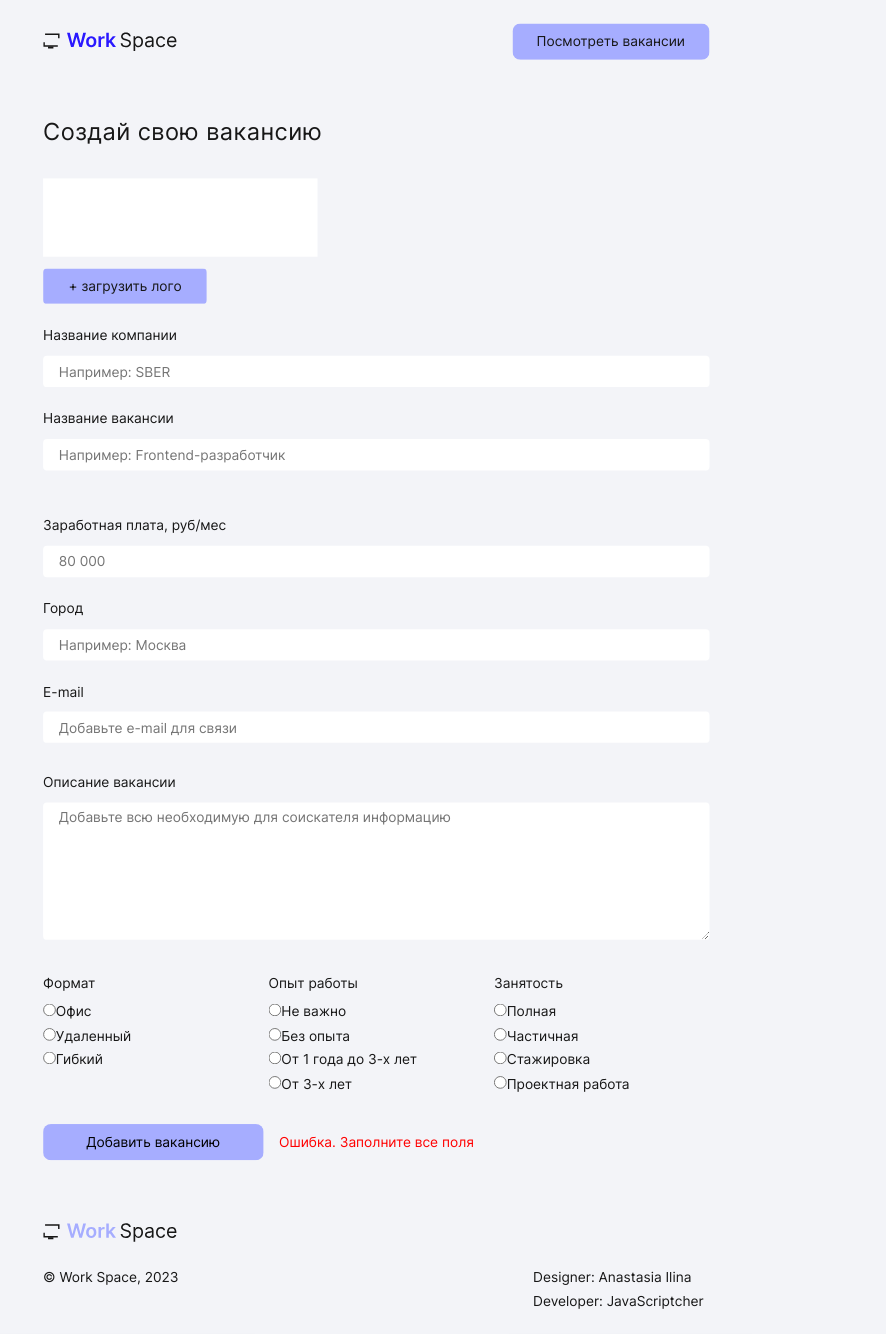
Repository: alexboagreek/workspace_js
Page: employer.html
An editor plug-in stored every save of this project. The page is shown before and after the next save, followed by the edit.
The browser window is 768 px wide. The page is 768 px wide, then 904 px, then 768 px, so the pictures cover 904 px, including what lies to the right of the window. The pictures show the whole page, at 98% of full size.

Above is the page before, as saved 2023-09-13 16:19:38.
Console error: TypeError: Cannot read properties of null (reading 'addEventListener')

### employer.html
<!DOCTYPE html>
<html lang="ru">
  <head>
    <meta charset="UTF-8" />
    <meta name="viewport" content="width=device-width, initial-scale=1.0" />
    <title>Workspace - добавить вакансию</title>

    <link rel="stylesheet" href="index.css" />

    <script src="js/choices.min.js" defer></script>
    <script src="js/script.js" defer></script>
  </head>

  <body>
    <header class="header">
      <div class="container header__container">
        <a href="index.html">
          <img
            class="header__logo"
            src="img/logo.svg"
            alt="Логитип WorkSpace"
          />
        </a>

        <a class="header__link" href="index.html#vacancies"
          >Посмотреть вакансии</a
        >
      </div>
    </header>

    <main>
      <section class="employer">
        <div class="container">
          <h1 class="employer__title">Создай свою вакансию</h1>

          <form class="employer__form">
            <div class="employer__file file">
              <div class="file__wrap-preview">
                <img src="#" alt="" class="file__preview" />
              </div>

              <div class="file__wrap-btn">
                <label for="logo" class="file__label"> + загрузить лого </label>
                <input
                  name="logo"
                  type="file"
                  class="file__input"
                  id="logo"
                  accept="image/png, image/jpeg"
                  required
                />
              </div>
            </div>

            <fieldset class="employer__fieldset-input">
              <div class="employer__wrap-input">
                <label class="employer__label" for="company"
                  >Название компании
                </label>

                <input
                  type="text"
                  class="employer__input"
                  id="company"
                  name="company"
                  placeholder="Например: SBER"
                />
              </div>

              <fieldset class="employer__fieldset">
                <div class="employer__wrap-input">
                  <label class="employer__label" for="title"
                    >Название вакансии</label
                  >

                  <input
                    type="text"
                    class="employer__input"
                    id="title"
                    name="title"
                    placeholder="Например: Frontend-разработчик"
                  />
                </div>
              </fieldset>

              <fieldset class="employer__fildset">
                <div class="employer__wrap-input">
                  <label class="employer__label" for="salary"
                    >Заработная плата, руб/мес</label
                  >

                  <input
                    type="number"
                    class="employer__input"
                    id="salary"
                    name="salary"
                    placeholder="80 000"
                  />
                </div>
              </fieldset>

              <fieldset class="employer__fildset">
                <div class="employer__wrap-input">
                  <label class="employer__label" for="location">Город</label>

                  <input
                    type="text"
                    class="employer__input"
                    id="location"
                    name="location"
                    placeholder="Например: Москва"
                  />
                </div>
              </fieldset>

              <fieldset class="employer__fildset">
                <div class="employer__wrap-input">
                  <label class="employer__label" for="email">E-mail</label>

                  <input
                    type="email"
                    class="employer__input"
                    id="email"
                    name="email"
                    placeholder="Добавьте e-mail для связи"
                  />
                </div>
              </fieldset>
            </fieldset>



            <fieldset class="employer__fieldset-textarea">
              <label class="employer__label" for="description"
                >Описание вакансии</label
              >

              <textarea
                class="employer__textarea"
                name="description"
                id="description"
                placeholder="Добавьте всю необходимую для соискателя информацию"
              ></textarea>
            </fieldset>

            <div class="employer__radio-buttons">
              <fieldset class="employer__fieldset-radio">
                <legend class="employer__legend">Формат</legend>

                <label class="employer__label-radio radio">
                  <input
                    type="radio"
                    class="radio__input"
                    name="format"
                    value="Офис"
                  />Офис
                </label>

                <label class="employer__label-radio radio">
                  <input
                    type="radio"
                    class="radio__input"
                    name="format"
                    value="Удаленный"
                  />Удаленный
                </label>

                <label class="employer__label-radio radio">
                  <input
                    type="radio"
                    class="radio__input"
                    name="format"
                    value="Гибкий"
                  />Гибкий
                </label>
              </fieldset>

              <fieldset class="employer__fieldset-radio">
                <legend class="employer__legend">Опыт работы</legend>

                <label class="employer__label-radio radio">
                  <input
                    type="radio"
                    class="radio__input"
                    name="experience"
                    value="Не важно"
                  />Не важно
                </label>

                <label class="employer__label-radio radio">
                  <input
                    type="radio"
                    class="radio__input"
                    name="experience"
                    value="Без опыта"
                  />Без опыта
                </label>

                <label class="employer__label-radio radio">
                  <input
                    type="radio"
                    class="radio__input"
                    name="experience"
                    value="От 1 года до 3-х лет"
                  />От 1 года до 3-х лет
                </label>

                <label class="employer__label-radio radio">
                  <input
                    type="radio"
                    class="radio__input"
                    name="experience"
                    value="От 3-х лет"
                  />От 3-х лет
                </label>
              </fieldset>

              <fieldset class="employer__fieldset-radio">
                <legend class="employer__legend">Занятость</legend>

                <label class="employer__label-radio radio">
                  <input
                    type="radio"
                    class="radio__input"
                    name="type"
                    value="Полная"
                  />Полная
                </label>

                <label class="employer__label-radio radio">
                  <input
                    type="radio"
                    class="radio__input"
                    name="type"
                    value="Частичная"
                  />Частичная
                </label>

                <label class="employer__label-radio radio">
                  <input
                    type="radio"
                    class="radio__input"
                    name="type"
                    value="Стажировка"
                  />Стажировка
                </label>

                <label class="employer__label-radio radio">
                  <input
                    type="radio"
                    class="radio__input"
                    name="type"
                    value="Проектная работа"
                  />Проектная работа
                </label>
              </fieldset>
            </div>

            <div class="employer__wrap-submit">
              <button class="employer__submit" type="submit">
                Добавить вакансию
              </button>
              <div class="employer__error">Ошибка. Заполните все поля</div>
            </div>
          </form>
        </div>
      </section>
    </main>

    <footer class="footer">
      <div class="container footer__container">
        <img
          class="footer__logo"
          src="img/logo-footer.svg"
          alt="Логотип WorkSpace"
        />

        <p class="footer__copyright">© Work Space, 2023</p>

        <ul class="footer__contacts">
          <li class="footer__contact">
            Designer:
            <a class="footer__link" href="#">Anastasia Ilina</a>
          </li>
          <li class="footer__contact">
            Developer:
            <a class="footer__link" href="#">JavaScriptcher</a>
          </li>
        </ul>
      </div>
    </footer>
  </body>
</html>

### index.css
@import "style/normalize.css";
@import "style/choices.min.css";
@import "style/style.css";
@import "style/header.css";
@import "style/hero.css";
@import "style/vacancies.css";
@import "style/filter.css";
@import "style/choices.css";
@import "style/checkbox.css";
@import "style/cards.css";
@import "style/vacancy.css";
@import "style/footer.css";
@import "style/modal.css";
@import "style/detail.css";
@import "style/employer.css";
@import "style/file.css";
@import "style/radio.css";

### style/style.css
@font-face {
  font-family: Inter;
  font-weight: 400;
  src: url("../fonts/inter-regular.woff2") format("woff2"),
    url("../fonts/inter-regular.woff") format("woff");
}

html {
  scroll-behavior: smooth;
  position: relative;
  box-sizing: border-box;
}

*,
*:before,
*:after {
  box-sizing: inherit;
}

body {
  min-width: 320px;
  min-height: 100vh;
  font-family: Inter, sans-serif;
  font-size: 14px;
  color: #171717;
  background-color: #f3f4f8;
  line-height: 1.2;
}

img,
svg {
  max-width: 100%;
  max-height: 100%;
  height: auto;
}

button {
  padding: 0;
  border: 0;
  cursor: pointer;
  background-color: transparent;
}

a {
  text-decoration: none;
  color: inherit;
}

ul {
  padding: 0;
  margin: 0;
  list-style: none;
}

h1,
h2,
h3,
p {
  margin: 0;
}

fieldset {
  padding: 0;
  margin: 0;
  border: 0;
}

.visually-hidden {
  position: fixed;
  transform: scale(0);
}

.container {
  --width: 1180px;
  --padding: 30px;
  max-width: calc(var(--width) + var(--padding) * 2);
  margin: 0 auto;
  padding: 0 var(--padding);
}

.blue-text {
  color: #2a18ff;
}

@media (max-width: 1140px) {
  .container {
    --width: 880px;
  }
}

@media (max-width: 940px) {
  .container {
    --width: 680px;
  }
}

@media (max-width: 640px) {
  .container {
    --padding: 15px;
  }
}

### style/header.css
.header {
  padding: 40px 0;
}

.header__container {
  display: flex;
  align-items: center;
  justify-content: space-between;
}

.header__links {
  display: flex;
  gap: 8px;
  flex-wrap: wrap;
}

.header__link {
  padding: 12px 32px;
  border-radius: 8px;
  background-color: #a6adff;
  font-size: 20px;
  border: 2px solid transparent;
  transition-property: color, background-color;
  transition-duration: 0.2s;
  transition-timing-function: ease-in-out;
}

.header__link_o {
  background-color: transparent;
  border: 2px solid #A6ADFF;
}

.header__link:focus-visible {
  border-color: #4f58be;
}

.header__link:hover {
  color: #fff;
  background-color: #2a18ff;
}


@media (max-width: 1140px) {
  .header {
    padding: 32px 0 40px;
  }
}

@media (max-width: 940px) {
  .header {
    padding: 24px 0 30px;
  }

  .header__link {
    padding: 8px 23px;
    font-size: 14px;
  }
}

@media (max-width: 640px) {
  .header {
    padding: 24px 0 20px;
  }

  .header__link {
    display: none;
  }
}

### style/choices.css
.choices {
  width: 100%;
}

.choices__inner {
  background-color: #fff;
  padding: 6px 16px;
  min-height: 32px;
  border: 0;
}

.choices__list--single {
  padding: 0;
}

.choices[data-type*="select-one"]::after {
  width: 20px;
  height: 20px;
  background: url("../img/arrow.svg") no-repeat center/contain;
  border: 0;
  top: 6px;
  right: 16px;
  margin-top: 0;
}

.choices[data-type*="select-one"].is-open::after {
  transform: rotate(180deg);
  margin-top: 0;
}

### style/checkbox.css
.checkbox {
  position: relative;
  display: block;
  line-height: 20px;
  padding-left: 28px;
}

.checkbox__input {
  -webkit-appearance: none;
  -moz-appearance: none;
  appearance: none;
  position: absolute;
  width: 20px;
  height: 20px;
  left: 0;
  top: 0;
  bottom: 0;
  background-color: #fff;
  border-radius: 4px;
}

.checkbox__input:after {
  content: "";
  position: absolute;
  inset: 0;
  display: block;
  background: url("../img/check.svg") no-repeat center;
  opacity: 0;
  transition: opacity 0.2s ease-in-out;
}

.checkbox__input:checked:after {
  opacity: 1;
}

.checkbox__input:focus-visible {
  outline: none;
  box-shadow: 0px 2px 10px rgba(0, 0, 0, 0.25);
}

.checkbox__input:hover:not(:disabled) {
  box-shadow: 0px 2px 10px rgba(166, 173, 255, 0.55);
}

.checkbox__input:disabled {
  background-color: #ccc;
}

### style/cards.css
.cards__list {
  display: grid;
  grid-template-columns: repeat(auto-fit, minmax(280px, 1fr));
  gap: 20px;
}

@media (max-width: 940px) {
  .cards__list {
    grid-template-columns: repeat(auto-fit, minmax(220px, 1fr));
    gap: 10px;
  }
}

### style/vacancy.css
.vacancy {
  border-radius: 16px;
  background-color: #fff;
  padding: 16px;
  height: 100%;
  cursor: pointer;
  outline: none;
  border: 2px solid transparent;
}

.vacancy:hover {
  background-color: #f9faff;
}

.vacancy:focus-visible {
  border-color: #a6adff;
}

.vacancy__img {
  max-height: 44px;
  margin-bottom: 12px;
  display: block;
}

.vacancy__company {
  font-size: 20px;
  margin-bottom: 8px;
}

.vacancy__title {
  display: inline-block;
  padding: 3px 5px;
  font-size: 14px;
  font-weight: 400;
  border-radius: 4px;
  background-color: #eaecff;
  margin-bottom: 8px;
}

.vacancy__field {
  color: #ccc;
}

### style/footer.css
.footer {
  padding: 50px 0 40px;
}

.footer__container {
  display: grid;
  gap: 27px;
  grid-template-areas:
    "logo ."
    "copyright contacts";
}

.footer__logo {
  grid-area: logo;
}

.footer__copyright {
  grid-area: copyright;
}

.footer__contacts {
  grid-area: contacts;
  justify-self: end;
  min-width: 180px;
}

.footer__contact {
  margin-bottom: 8px;
}

.footer__contact:last-child {
  margin-bottom: 0;
}

.footer__link:hover {
  color: brown;
}

@media (max-width: 1140px) {
  .footer {
    padding: 40px 0 32px;
  }
}

@media (max-width: 940px) {
  .footer {
    padding: 30px 0 24px;
  }
}

@media (max-width: 640px) {
  .footer {
    padding-top: 20px;
  }

  .footer__container {
    grid-template-areas:
      "logo"
      "copyright"
      "contacts";
  }

  .footer__contacts {
    justify-self: start;
  }
}

### style/modal.css
.modal {
  position: fixed;
  z-index: 10;
  inset: 0;
  background-color: rgba(0, 0, 0, 0.5);
  cursor: pointer;
  padding: 30px;
  overflow-y: auto;
  display: flex;
}

.modal__main {
  position: relative;
  margin: auto;
  cursor: default;
}

.modal__close {
  background-color: transparent;
  border: none;
  cursor: pointer;
  position: absolute;
  top: 12px;
  right: 12px;
  padding: 0;
  line-height: 0;
  outline: 1px solid transparent;
  border-radius: 3px;
}

.modal__close:focus-visible {
  outline-color: gray;
}

@media (max-width: 640px) {
  .modal {
    padding: 30px 15px;
  }
}

### style/employer.css
.employer {
  padding: 60px 0 50px;
}

.employer__title {
  font-size: 32px;
  font-weight: 400;
  letter-spacing: 0.64px;
  margin-bottom: 50px;
}

.employer__file {
  margin-bottom: 32px;
}

.employer__label {
  display: block;
  margin-bottom: 12px;
}

.employer__input {
  border-radius: 4px;
  padding: 0 16px;
  height: 32px;
  border: 0;
  width: 100%;
}

.employer__input:placeholder {
  color: #ccc;
}

.employer__fieldset-input {
  display: grid;
  grid-template-columns: repeat(3, 1fr);
  gap: 32px 20px;
  margin-bottom: 32px;
}

.employer__textarea {
  border-radius: 4px;
  min-height: 140px;
  width: 1181px;
  resize: vertical;
  border: none;
  padding: 7px 16px;
  margin-bottom: 32px;
}

.employer__radio-buttons {
  display: grid;
  grid-template-columns: repeat(3, 280px);
  gap: 20px;
  margin-bottom: 50px;
}

.employer__fieldset-radio {
  display: flex;
  flex-direction: column;
}

.employer__legend {
  margin-bottom: 12px;
}

.employer__label-radio {
  margin-bottom: 8px;
}

.employer__label-radio:last-child {
  margin-bottom: 0;
}

.employer__wrap-submit {
  display: flex;
  flex-wrap: wrap;
  align-items: center;
  gap: 16px;
}

.employer__submit {
  padding: 0 42px;
  height: 48px;
  border-radius: 8px;
  background-color: #a6adff;
  font-size: 20px;
  border: 2px solid transparent;
  transition-property: color, background-color;
  transition-duration: 0.2s;
  transition-timing-function: ease-in-out;
}

.employer__submit:focus-visible {
  border-color: #4f58be;
}

.employer__submit:hover {
  color: #fff;
  background-color: #2a18ff;
}

.employer__error {
  color: #f00;
}

@media (max-width: 1140px) {
  .employer {
    padding-top: 40px;
    padding-bottom: 40px;
  }

  .employer__title {
    letter-spacing: 0.64px;
    margin-bottom: 40px;
  }

  .employer__file {
    margin-bottom: 24px;
  }

  .employer__fieldset {
    margin-bottom: 24px;
  }

  .employer__fieldset-input {
    row-gap: 24px;
  }

  .employer__textarea {
    width: 100%;
  }

  .employer__radio-buttons {
    margin-bottom: 40px;
  }
}

@media (max-width: 940px) {
  .employer {
    padding: 30px 0;
  }

  .employer__title {
    font-size: 24px;
    letter-spacing: 0.48px;
    margin-bottom: 32px;
  }

  .employer__radio-buttons {
    margin-bottom: 32px;
  }

  .employer__fieldset-input {
    grid-template-columns: repeat(1,1fr);
  }

  .employer__radio-buttons {
    grid-template-columns: repeat(3, 220px);
    gap: 10px;
  }

  .employer__submit {
    height: 37px;
    border-radius: 8px;
    font-size: 14px;
  }
}

### style/file.css
.file {
  position: relative;
  display: flex;
  flex-direction: column;
  align-items: start;
}

.file__wrap-preview {
  background-color: #fff;
  min-width: 280px;
  height: 80px;
  margin-bottom: 12px;
}

.file__wrap-preview_active {
  min-width: auto;
}

.file__preview {
}

.file__wrap-btn {
  position: relative;
}

.file__label {
  display: inline-block;
  padding: 8px 24px;
  border-radius: 4px;
  background-color: #a6adff;
  cursor: pointer;
  transition: all 0.4s ease-in-out;
  border: 2px solid transparent;
}


.file__label:focus-visible {
  border-color: #4f58be;
}

.file__label:hover {
  color: #fff;
  background-color: #2a18ff;
}

.file__input {
  opacity: 0;
  position: absolute;
  width: 1px;
  height: 1px;
  top: 50%;
  left: 50%;
}

.file__wrap-btn:focus-within .file__label {
  border-color: #4f58be;
}

### style/radio.css
.radio {
}
.radio__input {
}

Loaded but not shown: js/choices.min.js (library); style/normalize.css (library); style/choices.min.css (library); js/script.js (300 lines, source omitted); style/detail.css (115 lines, source omitted); style/filter.css (111 lines, source omitted); style/vacancies.css (95 lines, source omitted); style/hero.css (98 lines, source omitted)

After the next save:
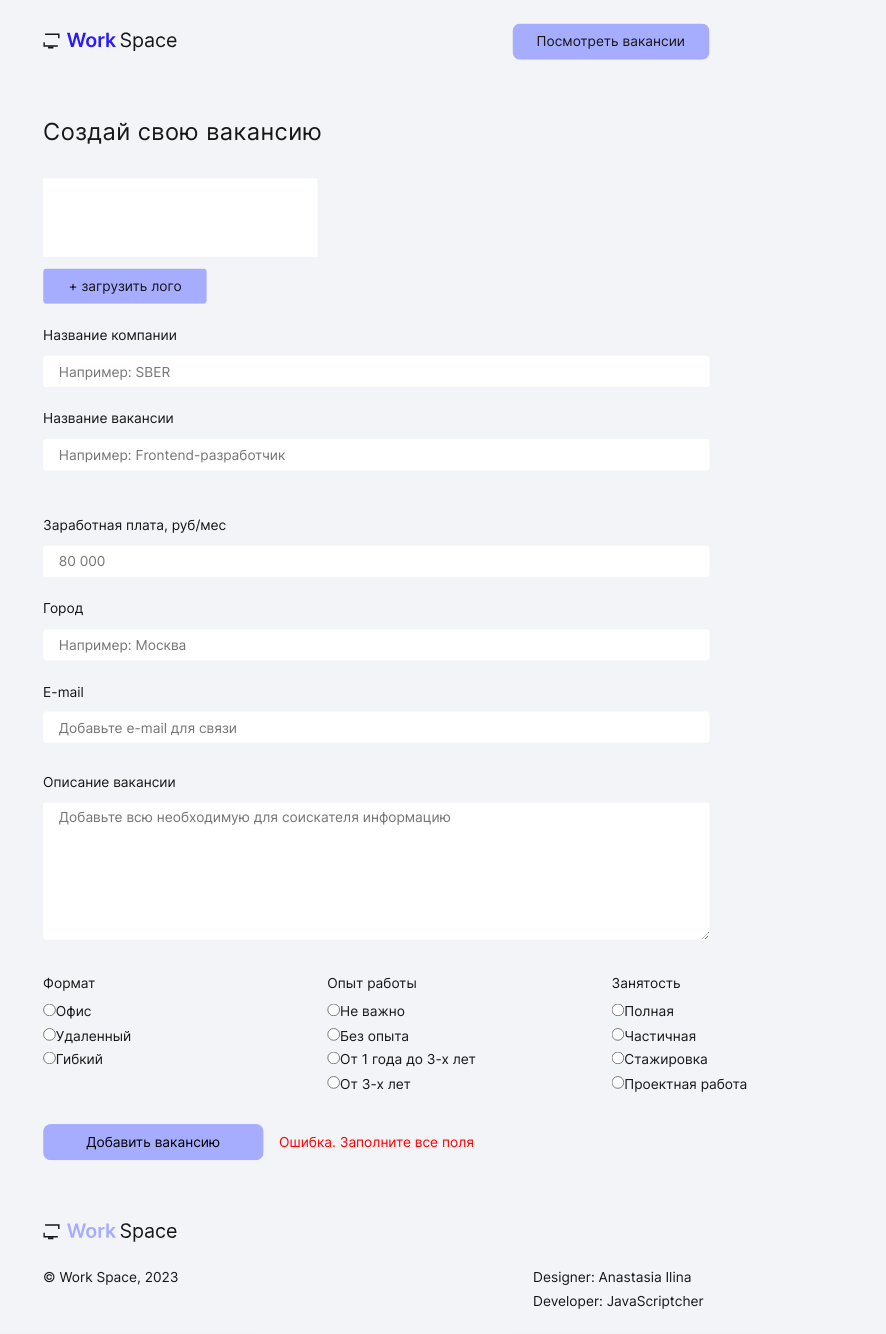
Saved 24 s later.
--- a/style/employer.css
+++ b/style/employer.css
@@ -155,7 +155,7 @@
   }
 
   .employer__radio-buttons {
-    grid-template-columns: repeat(3, 220px);
+    grid-template-columns: repeat(au, 220px);
     gap: 10px;
   }
 

After the save that followed:
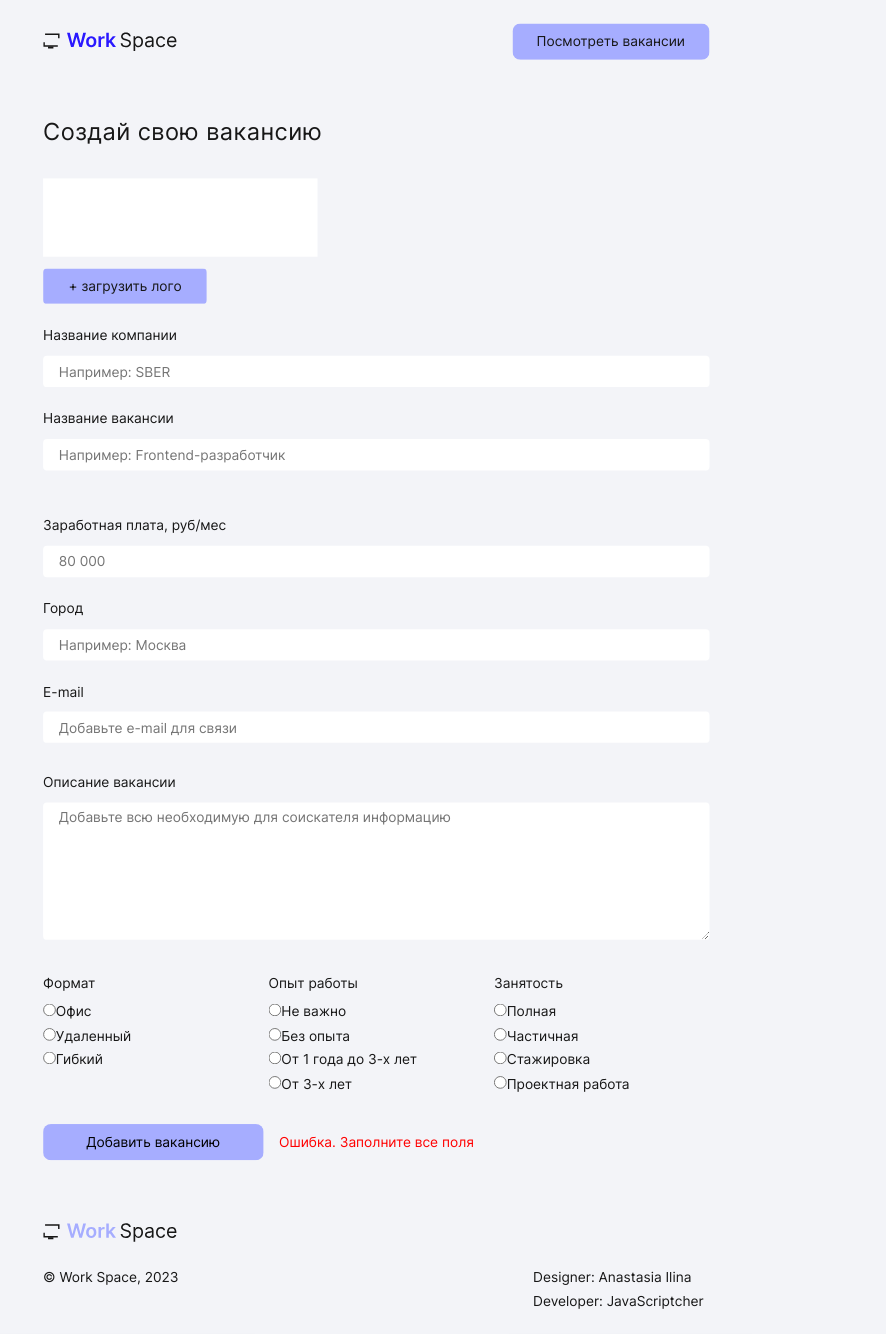
Saved 4 s later.
--- a/style/employer.css
+++ b/style/employer.css
@@ -155,7 +155,7 @@
   }
 
   .employer__radio-buttons {
-    grid-template-columns: repeat(au, 220px);
+    grid-template-columns: repeat(auto-fit, 220px);
     gap: 10px;
   }
 
